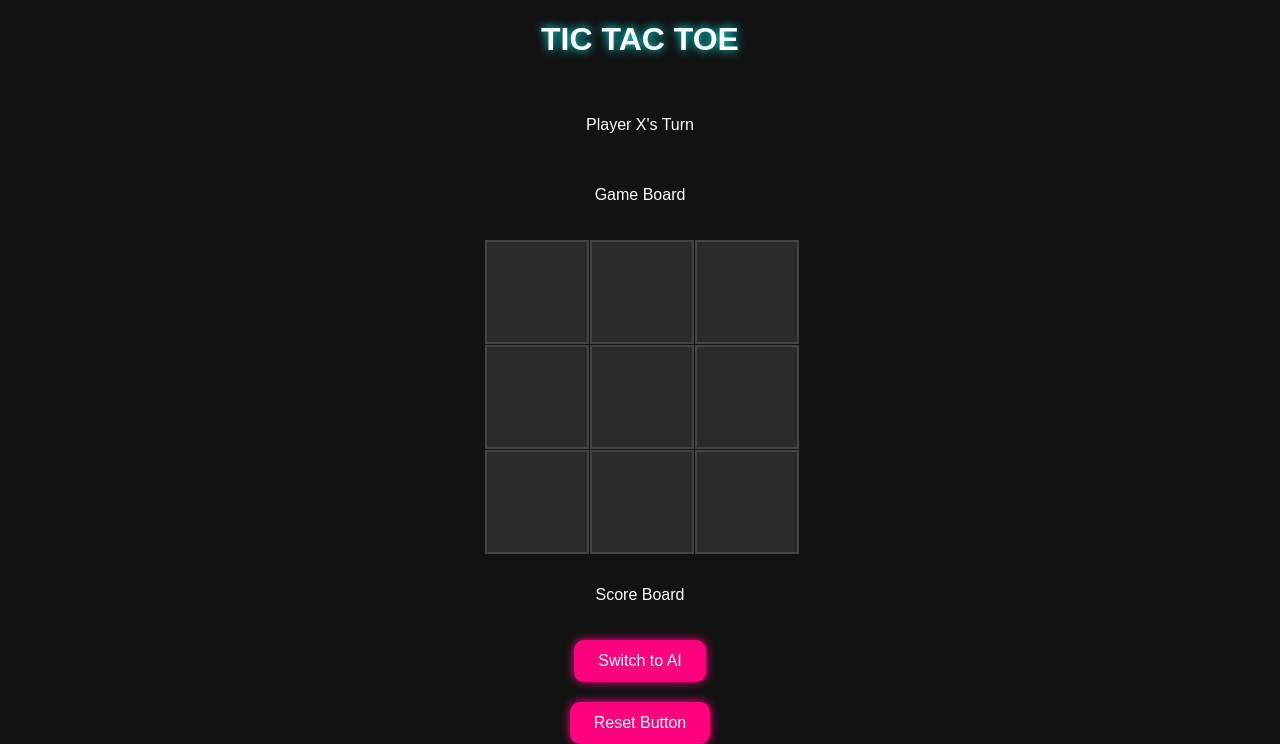
Repository: Yash19075/TicTacToe-game
Page: TicTacToe.html
An editor plug-in stored every save of this project. The page is shown before and after the next save, followed by the edit.
The browser window is 1280 px wide. The pictures show the whole page.

Above is the page before, as saved 2025-03-09 10:36:05.

### TicTacToe.html
<!DOCTYPE html>
<html lang="en">
<head>
    <meta charset="UTF-8">
    <meta name="viewport" content="width=device-width, initial-scale=1.0">
    <title>TicTacToe</title>
    <link rel="stylesheet" href="TicTacToe.css">
</head>
<body>
    <h1>TIC TAC TOE</h1>

    <p class="player-turn">Player X's Turn</p>

    <p>Game Board</p>
    <div class="css-board">
        <div class="cell" onclick="handleClick(0)"></div>
        <div class="cell" onclick="handleClick(1)"></div>
        <div class="cell" onclick="handleClick(2)"></div>
        <div class="cell" onclick="handleClick(3)"></div>
        <div class="cell" onclick="handleClick(4)"></div>
        <div class="cell" onclick="handleClick(5)"></div>
        <div class="cell" onclick="handleClick(6)"></div>
        <div class="cell" onclick="handleClick(7)"></div>
        <div class="cell" onclick="handleClick(8)"></div>
    </div>
    <p class="score-board">Score Board</p>
    <button class="css-switchButton">Switch to AI</button>
    <button class="css-resetButton" onclick="button_reset()">Reset Button</button>

    <script src="TicTacToe.js"></script>
</body>
</html>

### TicTacToe.css
body {
    display: grid;
    place-items: center;
    height: 100vh;
    margin: 0;
    gap: 20px;
    background-color: #121212;
    color: white;
    font-family: Arial, sans-serif;
}

h1 {
    font-size: 32px;
    text-shadow: 0 0 10px #00ffff;
}


.css-board {
    display: grid;
    grid-template-columns: repeat(3, 100px);
    grid-template-rows: repeat(3, 100px);
    gap: 5px;
}

/* Game Board Cells */
.css-board div {
    display: flex;
    justify-content: center;
    align-items: center;
    border: 2px solid #444;
    background-color: #2a2a2a;
    color: #00ffff; /* Neon cyan */
    font-size: 36px;
    font-weight: bold;
    width: 100px;
    height: 100px;
    text-shadow: 0 0 10px #00ffff;
    transition: background-color 0.3s ease-in-out, box-shadow 0.3s;
}

/* Hover effect on empty cells */
.css-board div:hover {
    background-color: #333;
    box-shadow: 0 0 10px #00ffff;
    cursor: pointer;
}

/* Buttons */
.css-switchButton, .css-resetButton {
    padding: 12px 24px;
    border-radius: 10px;
    cursor: pointer;
    font-size: 16px;
    border: none;
    background-color: #ff007f; /* Neon pink */
    color: white;
    box-shadow: 0 0 10px #ff007f;
    transition: transform 0.2s ease-in-out, background-color 0.3s, box-shadow 0.3s;
}

.css-switchButton:hover, .css-resetButton:hover {
    background-color: #ff00ff; /* Brighter glow */
    box-shadow: 0 0 15px #ff00ff;
    transform: scale(1.1);
}

### TicTacToe.js
let board = ["","","","","","","","",""];
move = 'X';
const cells = document.querySelectorAll(".css-board div");
console.log(cells)

let winningPattern = [
    [0,1,2],
    [3,4,5],
    [6,7,8],
    [0,3,6],
    [1,4,7],
    [2,5,8],
    [0,4,8],
    [2,4,6]
]

// for (let i = 0; i < cells.length; i++) {
//     cells[i].onclick = function () {
//         handleClick(i);
//     };
// }

function winner() {
    for (let pattern of winningPattern)
    {
        let pos0 = cells[pattern[0]].innerText;
        let pos1 = cells[pattern[1]].innerText;
        let pos2 = cells[pattern[2]].innerText;
        // console.log(pos0,pos1,pos2);
        if(pos0 != "" && pos1!= "" && pos2 != "")
        {
            if(pos0 === pos1 && pos1 === pos2)
            {
                // console.log("Winner");
                document.querySelector(".score-board").innerText = `${pos0}'s Win`;
            }

            for (let cell of cells) {
                cell.onclick = null; // Prevent clicks
                cell.classList.add("disabled"); // Add visual effect
            }
            break;
        }
    }
}

function handleClick(index) {
    if(move === 'X')
    {
        document.querySelector(".player-turn").innerHTML = `Player X's turn`;
    }
    else
    {
        document.querySelector(".player-turn").innerHTML = `Player 0's turn`
    }
    if (cells[index].innerHTML === '') {
        cells[index].innerHTML = move;
        move = move === 'X' ? 'O' : 'X';
        cells[index].onclick = null;
    }
    winner();
}

function button_reset() {
    for(let i = 0; i <cells.length; i++)
    {
        cells[i].innerHTML = '';
        board[i] = '';
        document.querySelector(".score-board").innerText = 'ScoreBoard';
    }
    move = 'X'
}

After the next save:
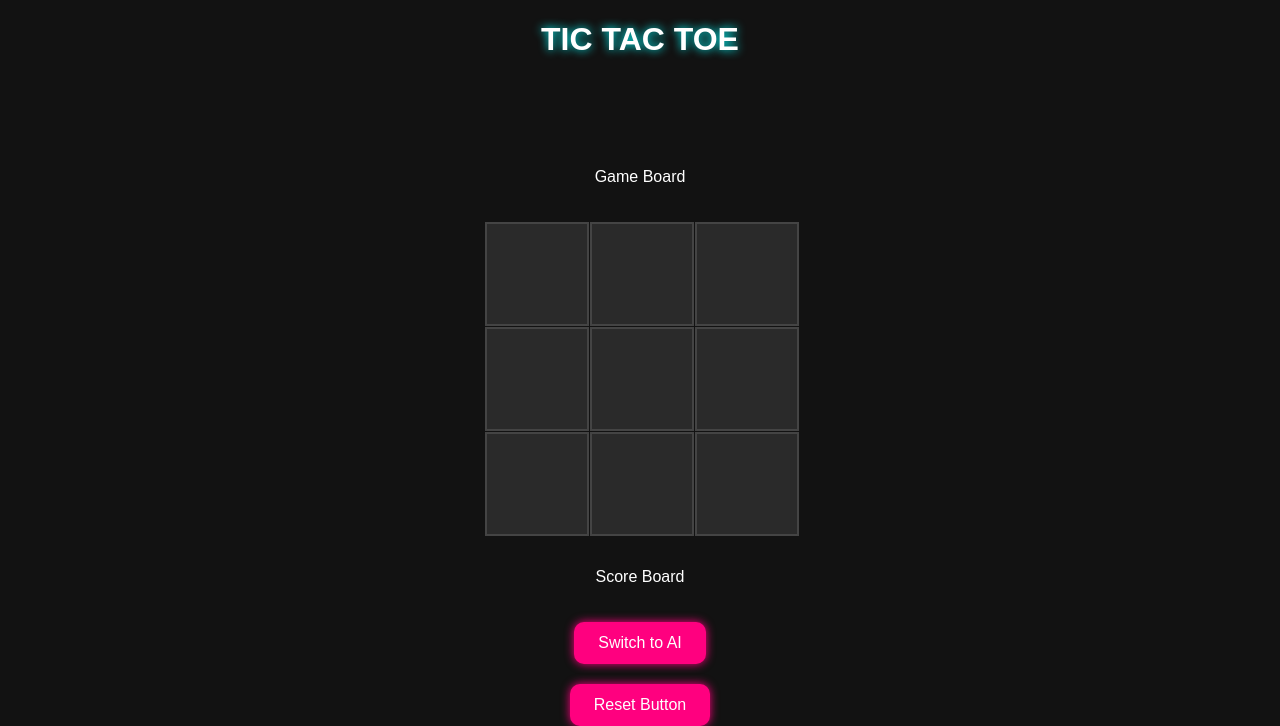
Saved 48 s later.
--- a/TicTacToe.html
+++ b/TicTacToe.html
@@ -9,7 +9,7 @@
 <body>
     <h1>TIC TAC TOE</h1>
 
-    <p class="player-turn">Player X's Turn</p>
+    <p class="player-turn"></p>
 
     <p>Game Board</p>
     <div class="css-board">

After the save that followed:
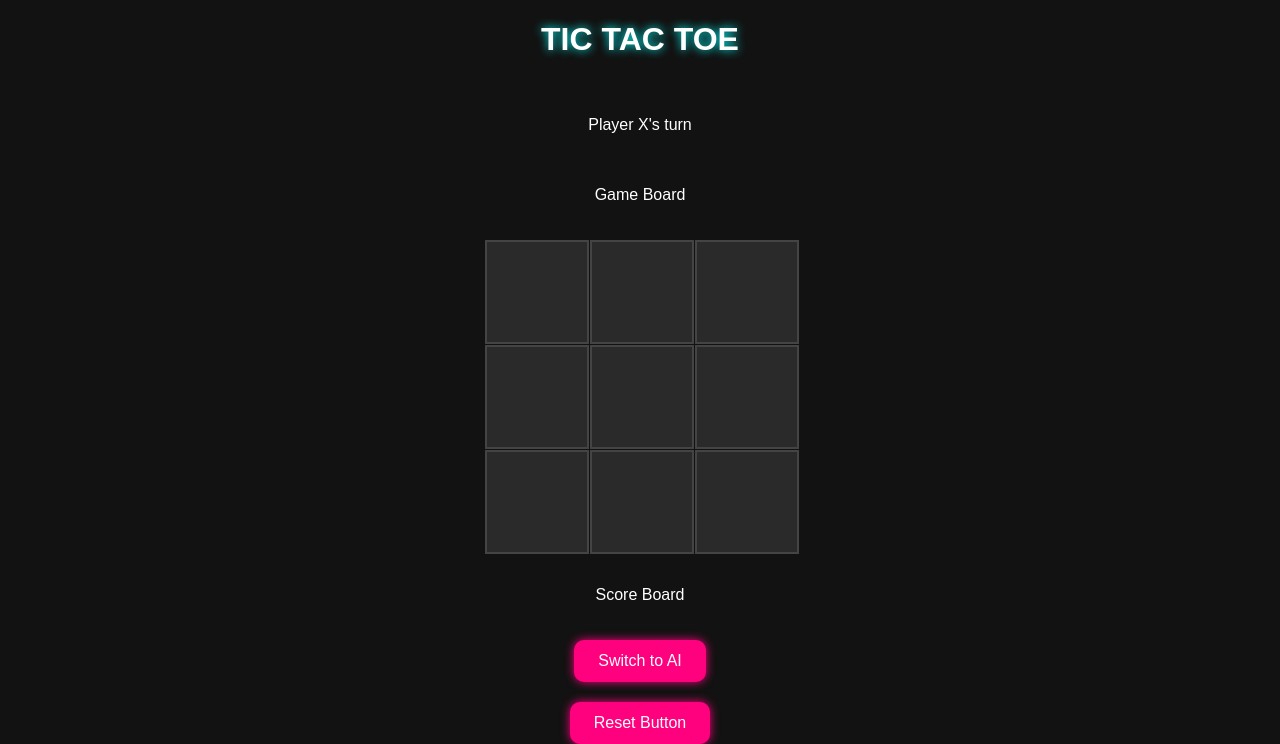
Saved 47 s later.
--- a/TicTacToe.js
+++ b/TicTacToe.js
@@ -44,8 +44,7 @@ function winner() {
     }
 }
 
-function handleClick(index) {
-    if(move === 'X')
+if(move === 'X')
     {
         document.querySelector(".player-turn").innerHTML = `Player X's turn`;
     }
@@ -53,6 +52,8 @@ function handleClick(index) {
     {
         document.querySelector(".player-turn").innerHTML = `Player 0's turn`
     }
+
+function handleClick(index) {
     if (cells[index].innerHTML === '') {
         cells[index].innerHTML = move;
         move = move === 'X' ? 'O' : 'X';
